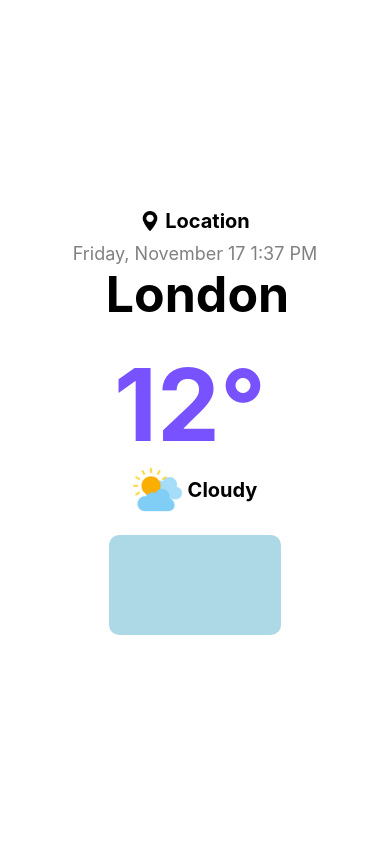
Repository: praveen080/react-native-weatherAppV1
Screen: /
These files come from the project's save history. The screen is drawn as it stood at one moment and after the next save; the edit follows.
The app was drawn by React Native's web renderer in a window 390 px wide. The project was rebuilt for these pictures with package versions that can differ from the ones it lists, and the page was loaded fresh each time. Also part of the build but not shown: Screens/startUp.js.

Above is the screen before, as saved 2023-11-17 13:37:56.

### App.js
import { StatusBar } from "expo-status-bar";
import { StyleSheet, Text, View } from "react-native";
import StartPage from "./Screens/startUp";
import Home from "./Screens/Home";

export default function App() {
  return (
    <View style={styles.container}>
      {/* <StartPage /> */}
      <Home />
    </View>
  );
}

const styles = StyleSheet.create({
  container: {
    flex: 1,
    backgroundColor: "#ff f",
    alignItems: "center",
    justifyContent: "center",
  },
});

### Screens/Home.js
import React from "react";
import { View, Text, Image, TouchableOpacity, StyleSheet } from "react-native";

const Home = () => {
  const currentDate = new Date();

  // Format the date and time
  const formattedDate = currentDate.toLocaleDateString("en-US", {
    weekday: "long",
    day: "numeric",
    month: "long",
  });

  const formattedTime = currentDate.toLocaleTimeString("en-US", {
    hour: "numeric",
    minute: "numeric",
    hour12: true,
  });
  return (
    <View style={styles.container}>
      {/* Location Text with Icon */}
      <TouchableOpacity style={styles.locationContainer}>
        <Image source={require("./assets/location.png")} style={styles.icon} />
        <Text style={styles.locationText}>Location</Text>
      </TouchableOpacity>

      {/* Current Time and Date */}
      <Text style={styles.dateTimeText}>
        {formattedDate} {formattedTime}
      </Text>
      <Text style={styles.location}>London</Text>

      {/* Numbers */}
      <View style={styles.numbersContainer}>
        <Text style={styles.number}>12°</Text>
      </View>

      <View style={styles.locationContainer}>
        <Image
          source={require("./assets/cloudy-day.png")}
          style={styles.iconS}
        />
        <Text style={styles.locationText}>Cloudy</Text>
      </View>

      {/* Logo */}
      {/* <Image source={require("./assets/weather.png")} style={styles.logo} /> */}

      {/* Card */}
      <View style={styles.card} />
    </View>
  );
};

export default Home;

export const styles = StyleSheet.create({
  container: {
    flex: 1,
    alignItems: "center",
    justifyContent: "center",
  },
  locationContainer: {
    flexDirection: "row",
    alignItems: "center",
  },
  locationText: {
    fontSize: 20,
    marginLeft: 5,
    fontWeight: "bold",
  },
  location: {
    fontSize: 50,
    marginLeft: 5,
    fontWeight: "bold",
  },
  icon: {
    width: 20,
    height: 20,
  },
  iconS: {
    width: 50,
    height: 50,
  },
  dateTimeText: {
    fontSize: 18,
    marginTop: 10,
    color: "grey",
  },
  numbersContainer: {
    flexDirection: "row",
    alignItems: "center",
    marginTop: 20,
  },
  number: {
    fontSize: 100,
    marginRight: 10,
    fontWeight: "bold",
    color: "#7752FE",
  },
  logo: {
    width: 100,
    height: 100,
    marginTop: 20,
  },
  card: {
    width: "70%",
    height: 100,
    borderRadius: 10,
    backgroundColor: "lightblue",
    marginTop: 20,
  },
});

// // Weather.js

// import React, { useState } from "react";
// import { View, Text, TextInput, Button, StyleSheet } from "react-native";
// import axios from "axios";

// const Home = () => {
//   const [city, setCity] = useState("");
//   const [weatherData, setWeatherData] = useState(null);
//   const [error, setError] = useState("");

//   const apiKey = "2891236865fb81dd11cf0be56216e1cb";

//   const fetchWeatherData = async () => {
//     try {
//       const response = await axios.get(
//         `https://api.openweathermap.org/data/2.5/weather?q=${city}&appid=${apiKey}&units=metric`
//       );
//       setWeatherData(response.data);
//       setError("");
//     } catch (error) {
//       setWeatherData(null);
//       setError("City not found. Please try again.");
//     }
//   };

//   return (
//     <View style={styles.container}>
//       <Text style={styles.title}>Weather App</Text>
//       <TextInput
//         style={styles.input}
//         placeholder="Enter city"
//         value={city}
//         onChangeText={(text) => setCity(text)}
//       />
//       <Button title="Get Weather" onPress={fetchWeatherData} />
//       {weatherData && (
//         <View>
//           <Text>{`City: ${weatherData.name}`}</Text>
//           <Text>{`Temperature: ${weatherData.main.temp}°C`}</Text>
//           {/* Add more weather details as needed */}
//         </View>
//       )}
//       {error !== "" && <Text style={styles.error}>{error}</Text>}
//     </View>
//   );
// };

// const styles = StyleSheet.create({
//   container: {
//     flex: 1,
//     justifyContent: "center",
//     alignItems: "center",
//   },
//   title: {
//     fontSize: 20,
//     fontWeight: "bold",
//     marginBottom: 10,
//   },
//   input: {
//     height: 40,
//     borderColor: "gray",
//     borderWidth: 1,
//     marginBottom: 10,
//     padding: 10,
//     width: 200,
//   },
//   error: {
//     color: "red",
//     marginTop: 10,
//   },
// });

// export default Home;

After the next save:
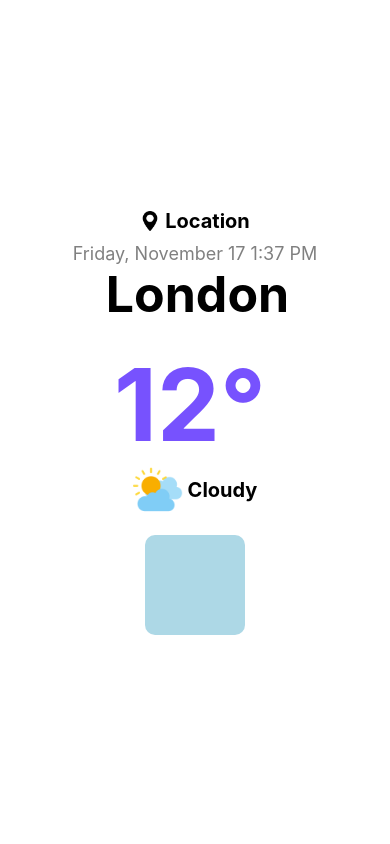
Saved 5 s later.
--- a/Screens/Home.js
+++ b/Screens/Home.js
@@ -104,7 +104,7 @@ export const styles = StyleSheet.create({
     marginTop: 20,
   },
   card: {
-    width: "70%",
+    width: 100,
     height: 100,
     borderRadius: 10,
     backgroundColor: "lightblue",
